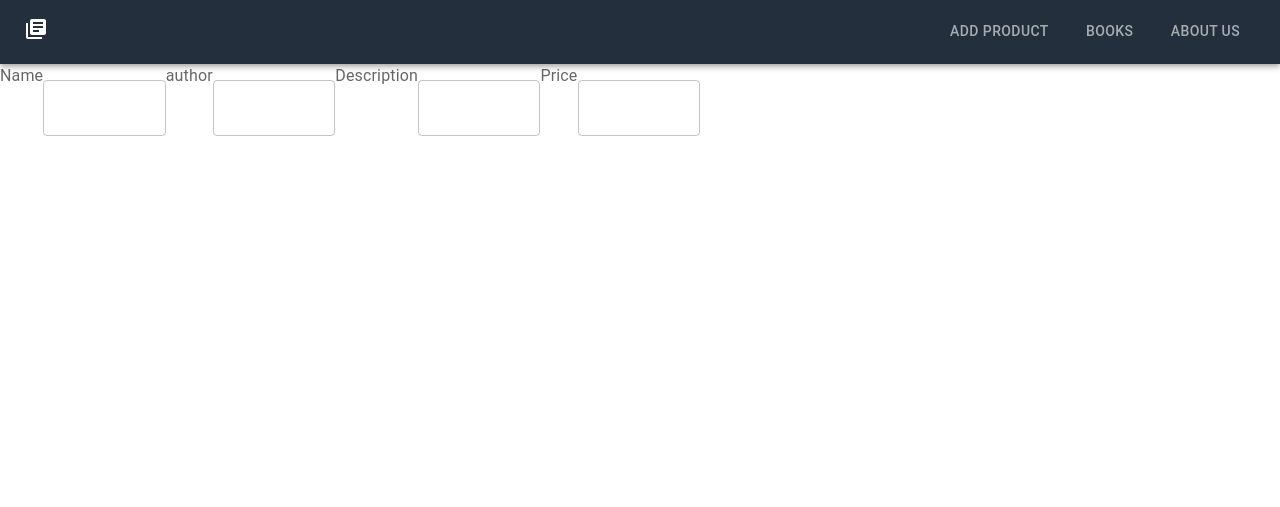
Repository: CydexCode/Book_Store_App-MERN-Stack
Page: /add (app in book-store/)
The author's editor kept a copy of each file at every save. The page is drawn from the files as they stood at one save, then again after the next save.
The browser window is 1280 px wide. The pictures show the whole page.
The project was rebuilt for these pictures with package versions that can differ from the ones it lists, and the page was loaded fresh each time. Also part of the build but not shown: book-store/src/components/Home.js, book-store/src/components/Book/Book.css, book-store/src/components/Book/Book.js, book-store/src/components/Book/Books.js, book-store/src/components/About.js.

Above is the page before, as saved 2022-09-08 13:23:59.

### book-store/src/index.js
import React from 'react';
import ReactDOM from 'react-dom/client';
import './index.css';
import App from './App';
import { BrowserRouter } from 'react-router-dom';


const root = ReactDOM.createRoot(document.getElementById('root'));
root.render(
  <BrowserRouter>
  <React.StrictMode>
    <App />
  </React.StrictMode>
  </BrowserRouter>
);

// If you want to start measuring performance in your app, pass a function
// to log results (for example: reportWebVitals(console.log))
// or send to an analytics endpoint. Learn more: https://bit.ly/CRA-vitals

### book-store/src/index.css
/*body {
  margin: 0;
  font-family: -apple-system, BlinkMacSystemFont, 'Segoe UI', 'Roboto', 'Oxygen',
    'Ubuntu', 'Cantarell', 'Fira Sans', 'Droid Sans', 'Helvetica Neue',
    sans-serif;
  -webkit-font-smoothing: antialiased;
  -moz-osx-font-smoothing: grayscale;
}

code {
  font-family: source-code-pro, Menlo, Monaco, Consolas, 'Courier New',
    monospace;
} */

*{
  padding: 0;
  margin: 0;
}

### book-store/src/App.js
import React  from "react";
import Header from "./components/Header";
import { Route ,Routes } from 'react-router-dom';
import Home from "./components/Home";
import AddBook from "./components/AddBook";
import Books from "./components/Book/Books";
import About from "./components/About";


function App() {
  return (

   <React.Fragment>
    <header>
    <Header />
    </header>
    <main>
      <Routes>
        <Route path="/" element={<Home />} exact />
        <Route path="/add" element={<AddBook />} exact />
        <Route path="/books" element={<Books />} exact />
        <Route path="/about" element={<About />} exact />
      </Routes>
    </main>
    </React.Fragment>
  );
}

export default App;

### book-store/src/components/Header.js
import React, { useState } from 'react';
import { AppBar, Tab, Tabs, Toolbar, Typography } from "@mui/material";
import LibraryBooksIcon from '@mui/icons-material/LibraryBooks';
import { NavLink} from 'react-router-dom';
const Header = () => {
    const [value, setValue] = useState();
  return (
    <div>
      <AppBar sx={{ backgroundColor:"#232F3D"}} position='sticky'>
<Toolbar>
<Typography>
            <LibraryBooksIcon />
            </Typography>

            <Tabs sx={{ml:"auto"}} textColor="inherit" indicatorColor="secondary" value={value} onChange={(e,val) =>setValue(val)}>
                <Tab LinkComponent={NavLink} to="/add" label="Add product" />
                <Tab  LinkComponent={NavLink} to="/books" label="Books" />
                <Tab  LinkComponent={NavLink} to="/about" label="About Us" />
            </Tabs>

</Toolbar>
      </AppBar>
    </div>
  );
};

export default Header;

### book-store/src/components/AddBook.js
import { FormLabel, TextField } from '@mui/material';
import { Box } from '@mui/system';
import React from 'react';

const AddBook = () => {
  return (
<form>
    <Box display='flex' flex-direction='column' justifyContent={'center'} maxWidth={700}>
    <FormLabel>Name</FormLabel>
<TextField margin='normal' fullWidth variant='outlined' name='name'/>
<FormLabel>author</FormLabel>
<TextField margin='normal' fullWidth variant='outlined' name='author'/>
<FormLabel>Description</FormLabel>
<TextField margin='normal' fullWidth variant='outlined' name='description'/>
<FormLabel>Price</FormLabel>
<TextField margin='normal' fullWidth variant='outlined' name='price'/>
</Box>

  </form>

  ) ;
};

export default AddBook;

Loaded but not shown: book-store/public/index.html (common file)

After the next save:
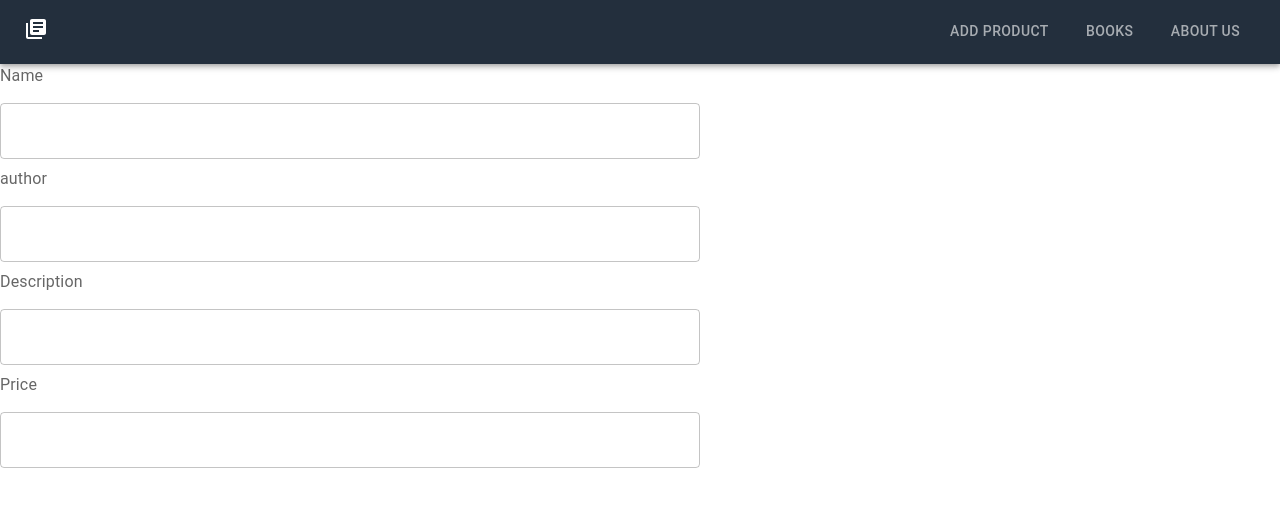
Saved 72 s later.
--- a/book-store/src/components/AddBook.js
+++ b/book-store/src/components/AddBook.js
@@ -5,7 +5,7 @@ import React from 'react';
 const AddBook = () => {
   return (
 <form>
-    <Box display='flex' flex-direction='column' justifyContent={'center'} maxWidth={700}>
+    <Box display='flex' flexDirection='column' justifyContent={'center'} maxWidth={700}>
     <FormLabel>Name</FormLabel>
 <TextField margin='normal' fullWidth variant='outlined' name='name'/>
 <FormLabel>author</FormLabel>
